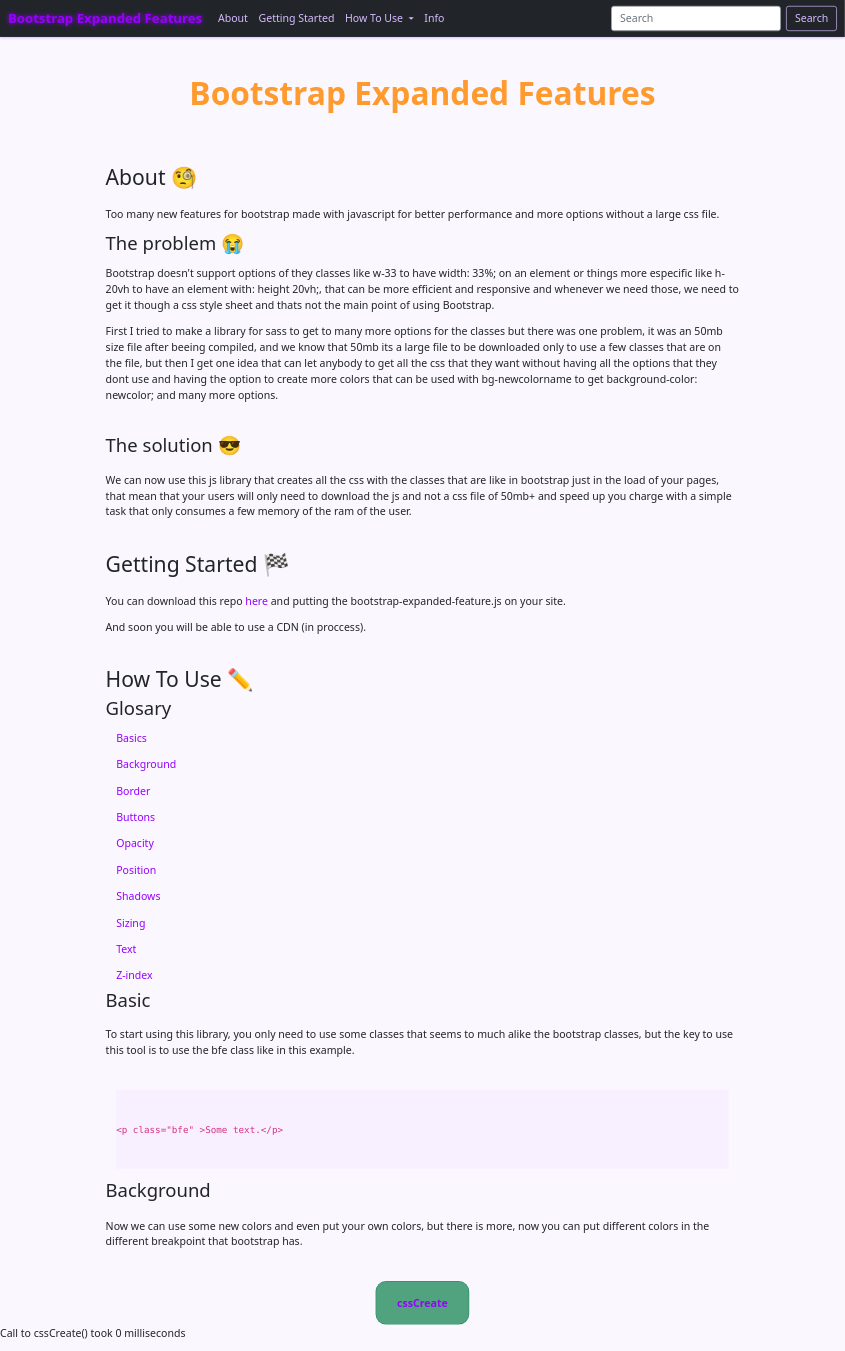
Repository: LynxPardelle/bootstrap-expanded-features
Page: index.html
These files come from the project's save history. The page is drawn as it stood at one moment and after the next save; the edit follows.
The browser window is 1280 px wide. The pictures show the whole page, at 66% of full size.

Above is the page before, as saved 2022-01-02 05:28:17.

After the next save:
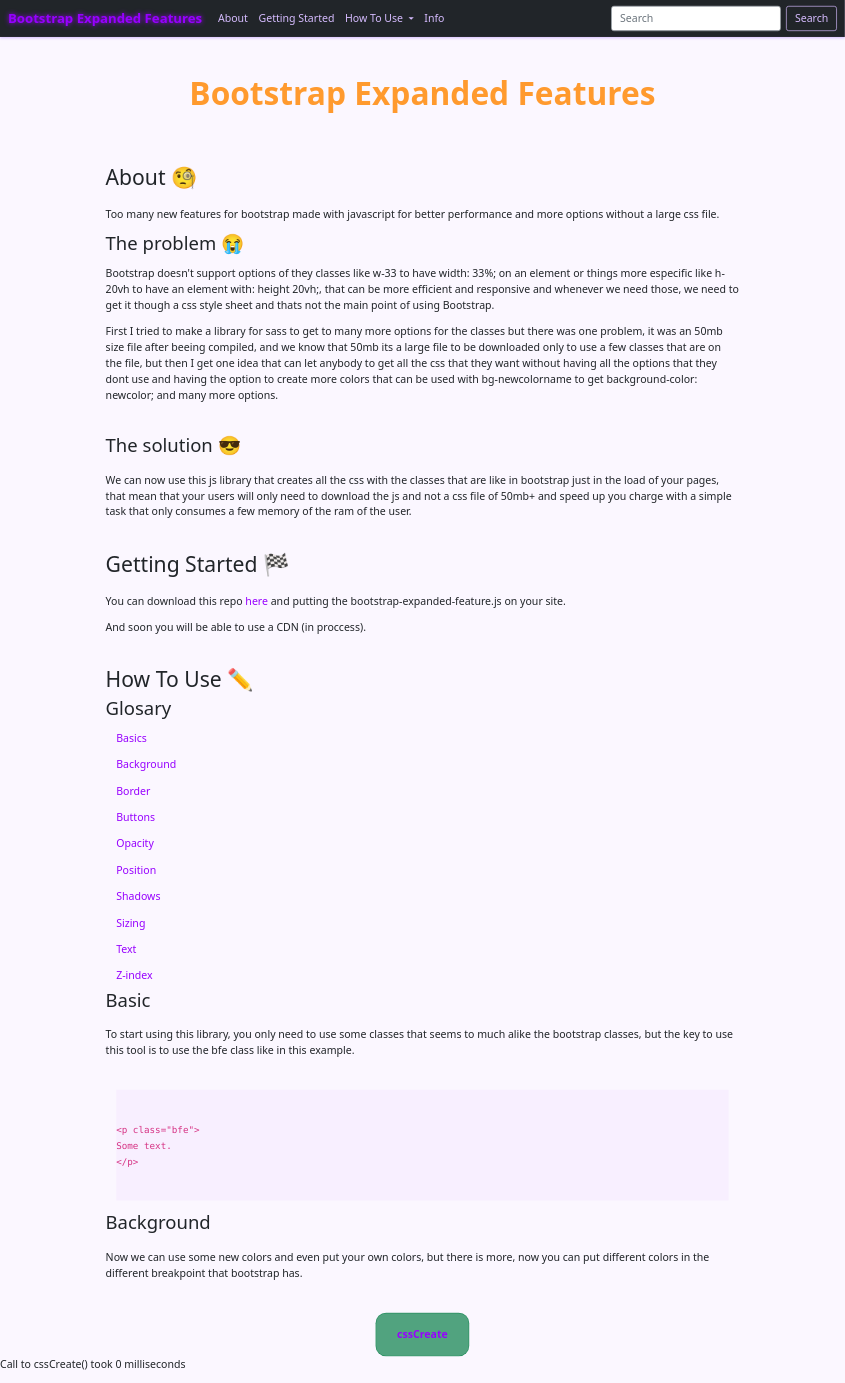
Saved 50 s later.
--- a/index.html
+++ b/index.html
@@ -243,9 +243,13 @@
               that seems to much alike the bootstrap classes, but the key to use
               this tool is to use the bfe class like in this example.
             </p>
-            <p  class="py-5 m-3 bef-bg-futurePop__OPA__0_03">
+            <p class="py-5 m-3 bef-bg-futurePop__OPA__0_03">
               <code>
-                &#60;p class="bfe" &#62;Some text.&#60;&#47;p&#62;
+                &#60;p class="bfe"&#62;
+                <br />
+                Some text.
+                <br />
+                &#60;&#47;p&#62;
               </code>
             </p>
           </article>
